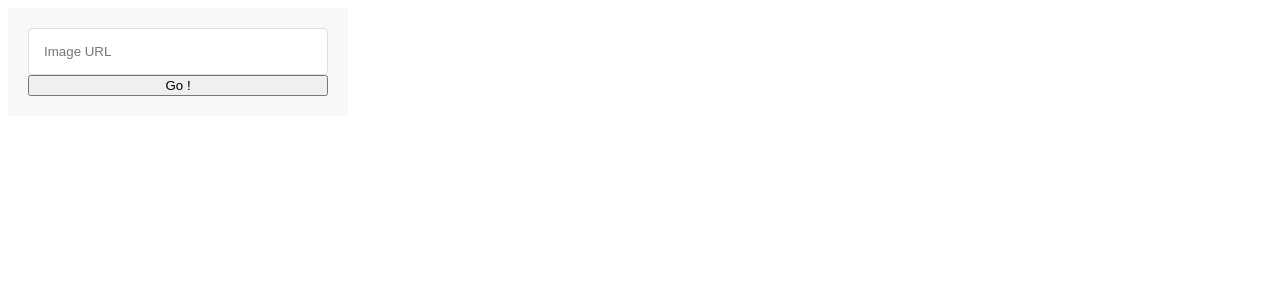
Repository: MascarenhasLF/extension-images
Page: index.html
The author's editor kept a copy of each file at every save. The page is drawn from the files as they stood at one save, then again after a run of saves.
The browser window is 1280 px wide. The pictures show the whole page.

Above is the page before, as saved 2022-08-04 10:11:07.

### index.html
<!DOCTYPE html>
<html lang="en">
<head>
    <meta charset="UTF-8">
    <link rel="stylesheet" href="style.css">
</head>
<body>

    <form>
        <input type="text" class="input" placeholder="Image URL">
        <button class="button">Go !</button>
    </form>
</body>
</html>

### style.css
form {
    background-color: #f8f8f8;
    width: 300px;
    display: flex;
    flex-wrap: wrap;
    padding: 20px;
}

.input {
    width: 100%;
    padding: 15px;
    outline: none;
    border-radius: 5px;
    border: 1px solid #ddd;
}

.button {
    width: 100%;
    padding: ;
}

After the next 3 saves:
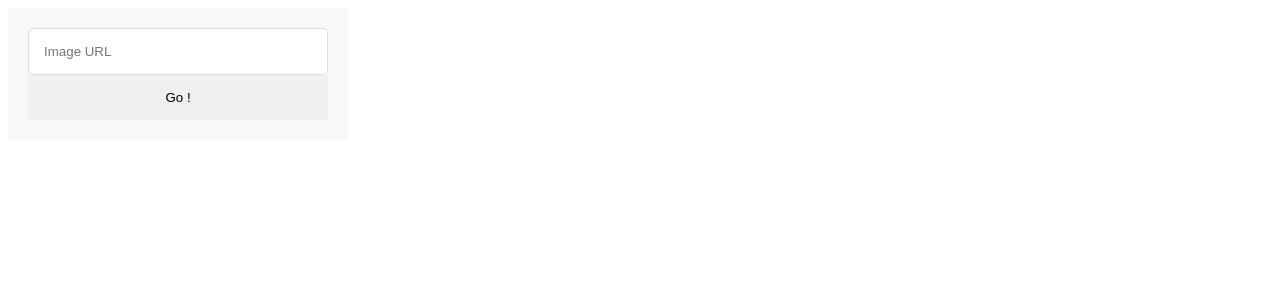
The 3 saves are shown as one change because they came seconds apart.
The last was saved 8 s later.
--- a/style.css
+++ b/style.css
@@ -16,5 +16,6 @@ form {
 
 .button {
     width: 100%;
-    padding: ;
+    padding: 15px;
+    border: none;
 }
